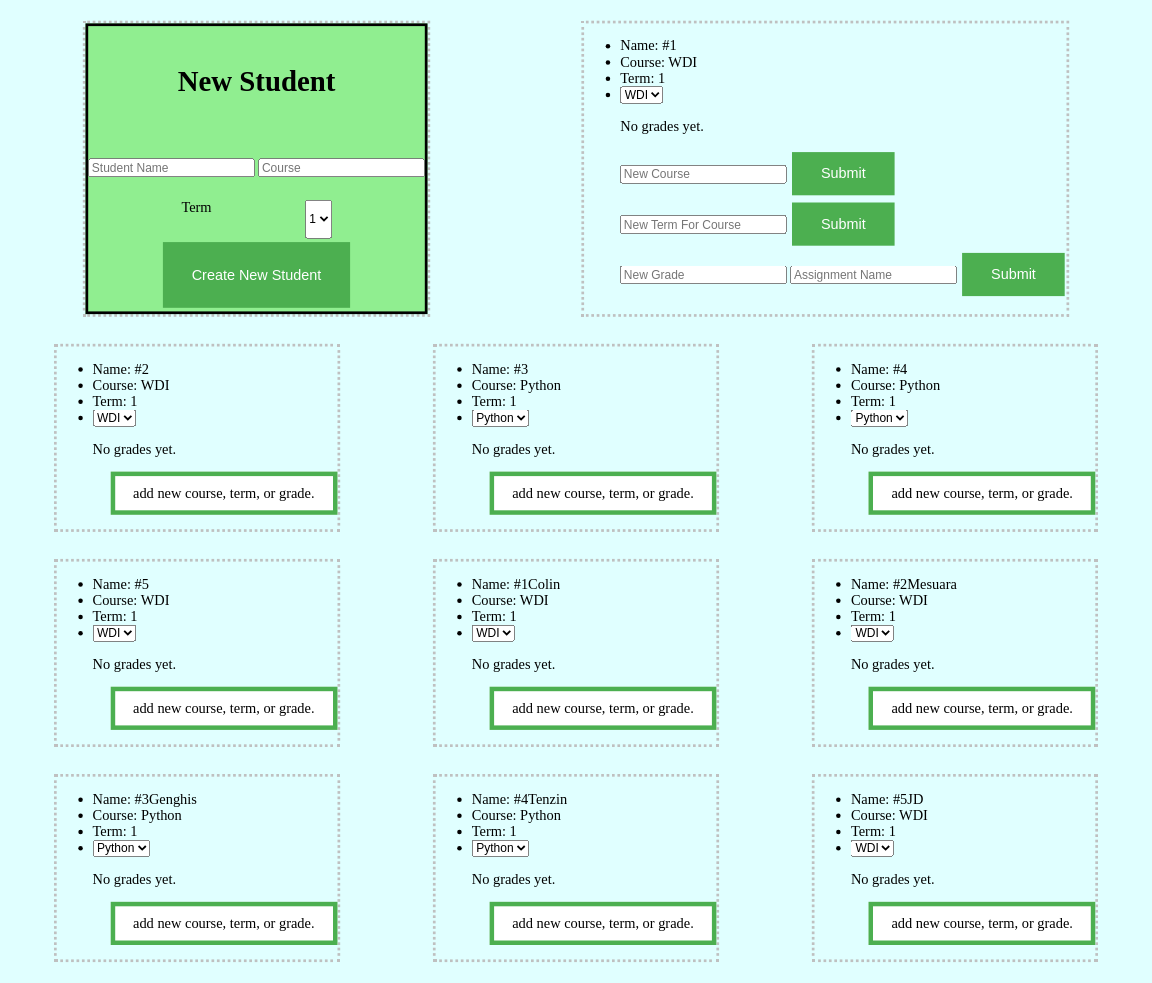
Repository: EdmontDantes/graderaide-fullstack-solution
Page: index.html
An editor plug-in stored every save of this project. The page is shown before and after a run of saves, followed by the edit.
The browser window is 1280 px wide. The pictures show the whole page, at 90% of full size.

Above is the page before, as saved 2020-04-22 11:45:40.
Console error: SyntaxError: Unexpected end of input

After the next 2 saves:
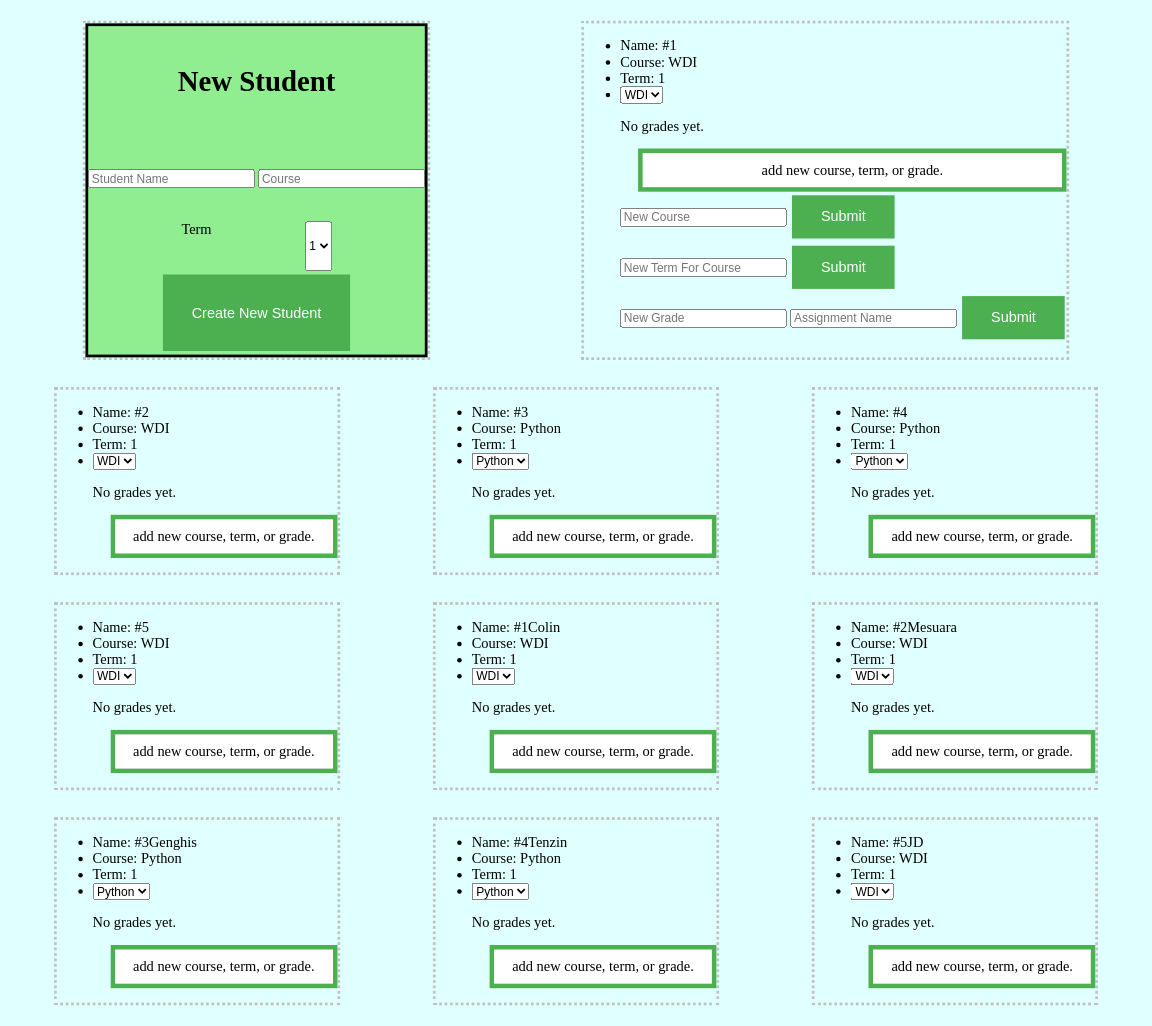
The 2 saves are shown as one change because they came seconds apart.
The last was saved 2 min 6 s later.
--- a/index.html
+++ b/index.html
@@ -45,7 +45,7 @@
             </select>
             <p>No grades yet.</p>
           </li>
-
+          <a href="add.html">add new course, term, or grade.</a>
           <div id="data-grades-input">
             <section>
               <!-- <label for="new-course">New Course:</label> -->
